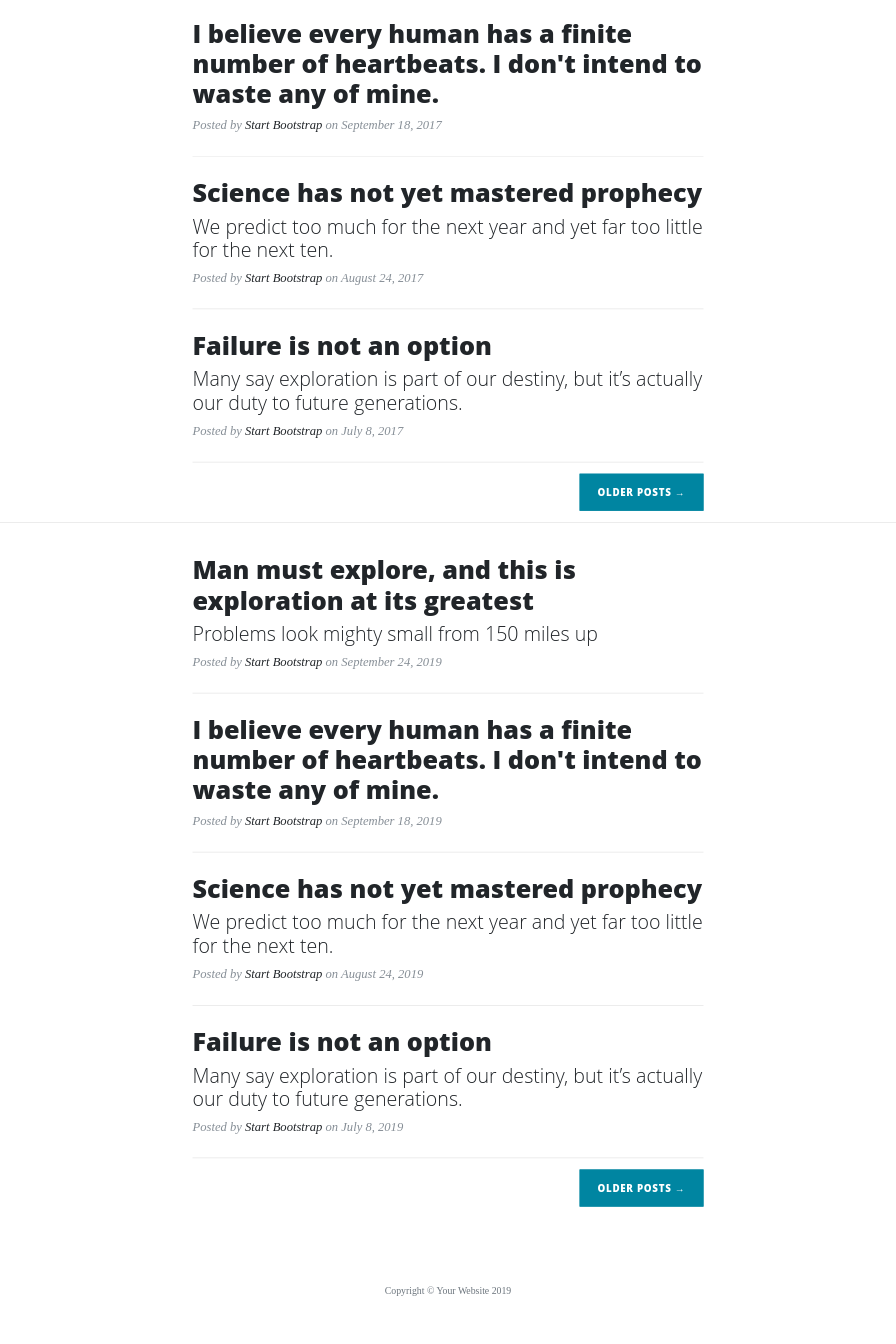
Repository: irinatu17/Flask
Page: http://localhost/
The author's editor kept a record of every edit. The page is drawn from the files as they stood at one moment, then again after the next edit.
The browser window is 1280 px wide. The pictures show the part of the page from y = 814 to 2734 px (the page is 2734 px tall before and 1773 px after), at 70% of full size.
The page is served by the project's application, run on Flask 3 (run.py). Other server files are loaded and not shown.

Above is the page before.

### templates/index.html
{% extends 'base.html' %} {% block content %}

<div class="row">
    <div class="col-lg-8 col-md-10 mx-auto">
        <div class="post-preview">
            <a href="post.html">
                <h2 class="post-title">
                    Man must explore, and this is exploration at its greatest
                </h2>
                <h3 class="post-subtitle">
                    Problems look mighty small from 150 miles up
                </h3>
            </a>
            <p class="post-meta">Posted by
                <a href="#">Start Bootstrap</a> on September 24, 2017</p>
        </div>
        <hr>
        <div class="post-preview">
            <a href="post.html">
                <h2 class="post-title">
                    I believe every human has a finite number of heartbeats. I don't intend to waste any of mine.
                </h2>
            </a>
            <p class="post-meta">Posted by
                <a href="#">Start Bootstrap</a> on September 18, 2017</p>
        </div>
        <hr>
        <div class="post-preview">
            <a href="post.html">
                <h2 class="post-title">
                    Science has not yet mastered prophecy
                </h2>
                <h3 class="post-subtitle">
                    We predict too much for the next year and yet far too little for the next ten.
                </h3>
            </a>
            <p class="post-meta">Posted by
                <a href="#">Start Bootstrap</a> on August 24, 2017</p>
        </div>
        <hr>
        <div class="post-preview">
            <a href="post.html">
                <h2 class="post-title">
                    Failure is not an option
                </h2>
                <h3 class="post-subtitle">
                    Many say exploration is part of our destiny, but it’s actually our duty to future generations.
                </h3>
            </a>
            <p class="post-meta">Posted by
                <a href="#">Start Bootstrap</a> on July 8, 2017</p>
        </div>
        <hr>
        <!-- Pager -->
        <div class="clearfix">
            <a class="btn btn-primary float-right" href="#">Older Posts &rarr;</a>
        </div>
    </div>
</div>
{% endblock %}

### templates/base.html
<!DOCTYPE html>
<html lang="en">

<head>
    <meta charset="UTF-8">
    <meta name="viewport" content="width=device-width, initial-scale=1.0">
    <meta http-equiv="X-UA-Compatible" content="ie=edge">
    <link href="{{ url_for('static', filename='vendor/bootstrap/css/bootstrap.min.css') }}" rel="stylesheet">
    <link rel="stylesheet" href="{{ url_for('static', filename='css/clean-blog.min.css') }}" type="text/css" />

    <title>Hello Flask</title>
</head>

<body>
    <!-- Navigation -->
    <nav class="navbar navbar-expand-lg navbar-light fixed-top" id="mainNav">
        <div class="container">
            <a class="navbar-brand" href="index.html">Start Bootstrap</a>
            <button class="navbar-toggler navbar-toggler-right" type="button" data-toggle="collapse" data-target="#navbarResponsive" aria-controls="navbarResponsive" aria-expanded="false" aria-label="Toggle navigation">
          Menu
          <i class="fa fa-bars"></i>
        </button>
            <div class="collapse navbar-collapse" id="navbarResponsive">
                <ul class="navbar-nav ml-auto">
                    <li class="nav-item">
                        <a class="nav-link" href="{{ url_for('index') }}">Home</a>
                    </li>
                    <li class="nav-item">
                        <a class="nav-link" href="{{ url_for('about') }}">About</a>
                    </li>
                    <li class="nav-item">
                        <a class="nav-link" href="{{ url_for('contact') }}">Contact</a>
                    </li>
                    <li class="nav-item">
                        <a class="nav-link" href="{{ url_for('careers') }}">Careers</a>
                    </li>
                </ul>
            </div>
        </div>
    </nav>

    <!-- Page Header -->
    <header class="masthead" style="background-image: url('{{ url_for('static', filename='img/home-bg.jpg') }}">
        <div class="overlay"></div>
        <div class="container">
            <div class="row">
                <div class="col-lg-8 col-md-10 mx-auto">
                    <div class="site-heading">
                        <h1>Clean Blog</h1>
                        <span class="subheading">A Blog Theme by Start Bootstrap</span>
                    </div>
                </div>
            </div>
        </div>
    </header>

 <!-- Main Content -->
    <div class="container">
        {% block content %} {% endblock %}
    </div>

    <hr>
  <!-- Main Content -->
  <div class="container">
    <div class="row">
      <div class="col-lg-8 col-md-10 mx-auto">
        <div class="post-preview">
          <a href="post.html">
            <h2 class="post-title">
              Man must explore, and this is exploration at its greatest
            </h2>
            <h3 class="post-subtitle">
              Problems look mighty small from 150 miles up
            </h3>
          </a>
          <p class="post-meta">Posted by
            <a href="#">Start Bootstrap</a>
            on September 24, 2019</p>
        </div>
        <hr>
        <div class="post-preview">
          <a href="post.html">
            <h2 class="post-title">
              I believe every human has a finite number of heartbeats. I don't intend to waste any of mine.
            </h2>
          </a>
          <p class="post-meta">Posted by
            <a href="#">Start Bootstrap</a>
            on September 18, 2019</p>
        </div>
        <hr>
        <div class="post-preview">
          <a href="post.html">
            <h2 class="post-title">
              Science has not yet mastered prophecy
            </h2>
            <h3 class="post-subtitle">
              We predict too much for the next year and yet far too little for the next ten.
            </h3>
          </a>
          <p class="post-meta">Posted by
            <a href="#">Start Bootstrap</a>
            on August 24, 2019</p>
        </div>
        <hr>
        <div class="post-preview">
          <a href="post.html">
            <h2 class="post-title">
              Failure is not an option
            </h2>
            <h3 class="post-subtitle">
              Many say exploration is part of our destiny, but it’s actually our duty to future generations.
            </h3>
          </a>
          <p class="post-meta">Posted by
            <a href="#">Start Bootstrap</a>
            on July 8, 2019</p>
        </div>
        <hr>
        <!-- Pager -->
        <div class="clearfix">
          <a class="btn btn-primary float-right" href="#">Older Posts &rarr;</a>
        </div>
      </div>
    </div>
  </div>


  <!-- Footer -->
  <footer>
    <div class="container">
      <div class="row">
        <div class="col-lg-8 col-md-10 mx-auto">
          <ul class="list-inline text-center">
            <li class="list-inline-item">
              <a href="#">
                <span class="fa-stack fa-lg">
                  <i class="fas fa-circle fa-stack-2x"></i>
                  <i class="fab fa-twitter fa-stack-1x fa-inverse"></i>
                </span>
              </a>
            </li>
            <li class="list-inline-item">
              <a href="#">
                <span class="fa-stack fa-lg">
                  <i class="fas fa-circle fa-stack-2x"></i>
                  <i class="fab fa-facebook-f fa-stack-1x fa-inverse"></i>
                </span>
              </a>
            </li>
            <li class="list-inline-item">
              <a href="#">
                <span class="fa-stack fa-lg">
                  <i class="fas fa-circle fa-stack-2x"></i>
                  <i class="fab fa-github fa-stack-1x fa-inverse"></i>
                </span>
              </a>
            </li>
          </ul>
          <p class="copyright text-muted">Copyright &copy; Your Website 2019</p>
        </div>
      </div>
    </div>
  </footer>

 <!-- Bootstrap core JavaScript -->
    <script src="{{ url_for('static', filename='vendor/jquery/jquery.min.js') }}"></script>
    <script src="{{ url_for('static', filename='vendor/bootstrap/js/bootstrap.bundle.min.js') }}"></script>

    <!-- Custom scripts for this template -->
    <script src="{{ url_for('static', filename='js/clean-blog.min.js') }}"></script>

</body>

</html>

### run.py
import os
import json
from flask import Flask, render_template, request, flash

app = Flask(__name__)
app.secret_key = 'some_secret'


@app.route('/')
def index():
    return render_template("index.html")


@app.route('/about')
def about():
    data = []
    with open("data/company.json", "r") as json_data:
        data = json.load(json_data)
    return render_template("about.html", page_title="About", company=data)


@app.route('/about/<member_name>')
def about_member(member_name):
    member = {}

    with open("data/company.json", "r") as json_data:
        data = json.load(json_data)
        for obj in data:
            if obj["url"] == member_name:
                member = obj

    return render_template("member.html", member=member)


@app.route('/contact', methods=["GET", "POST"])
def contact():
    if request.method == "POST":
        flash("Thanks {}, we have received your message".format(
            request.form["name"]
        ))
    return render_template("contact.html", page_title="Contact")


@app.route('/careers')
def careers():
    return render_template("careers.html", page_title="Careers")

if __name__ == '__main__':
    app.run(host=os.environ.get('IP'),
            port=int(os.environ.get('PORT')),
            debug=True)

Loaded but not shown: static/css/clean-blog.min.css (library); static/js/clean-blog.min.js (common file)

After the next edit:
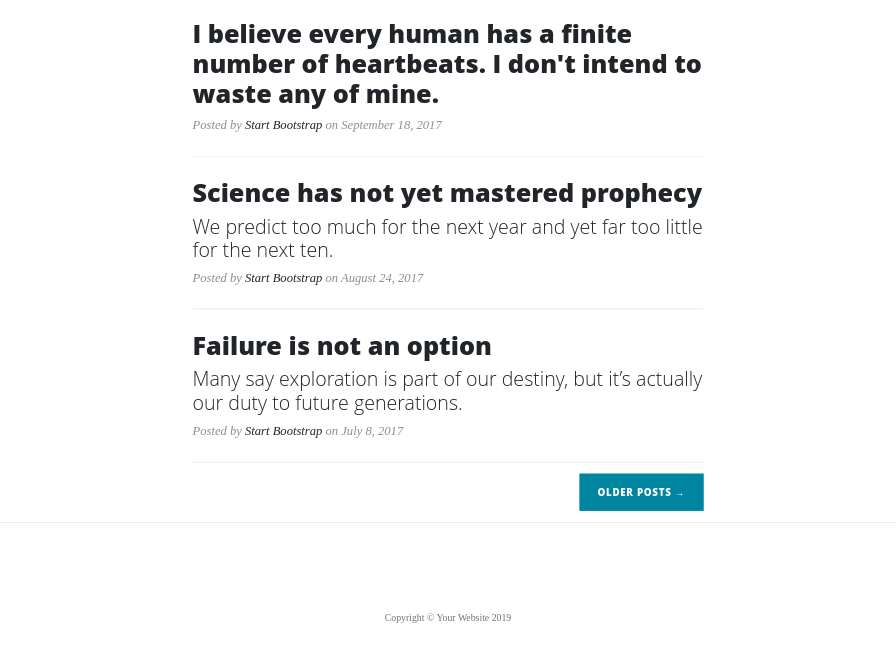
The edit:
--- a/templates/base.html
+++ b/templates/base.html
@@ -54,77 +54,12 @@
         </div>
     </header>
 
- <!-- Main Content -->
-    <div class="container">
-        {% block content %} {% endblock %}
-    </div>
-
-    <hr>
   <!-- Main Content -->
   <div class="container">
-    <div class="row">
-      <div class="col-lg-8 col-md-10 mx-auto">
-        <div class="post-preview">
-          <a href="post.html">
-            <h2 class="post-title">
-              Man must explore, and this is exploration at its greatest
-            </h2>
-            <h3 class="post-subtitle">
-              Problems look mighty small from 150 miles up
-            </h3>
-          </a>
-          <p class="post-meta">Posted by
-            <a href="#">Start Bootstrap</a>
-            on September 24, 2019</p>
-        </div>
-        <hr>
-        <div class="post-preview">
-          <a href="post.html">
-            <h2 class="post-title">
-              I believe every human has a finite number of heartbeats. I don't intend to waste any of mine.
-            </h2>
-          </a>
-          <p class="post-meta">Posted by
-            <a href="#">Start Bootstrap</a>
-            on September 18, 2019</p>
-        </div>
-        <hr>
-        <div class="post-preview">
-          <a href="post.html">
-            <h2 class="post-title">
-              Science has not yet mastered prophecy
-            </h2>
-            <h3 class="post-subtitle">
-              We predict too much for the next year and yet far too little for the next ten.
-            </h3>
-          </a>
-          <p class="post-meta">Posted by
-            <a href="#">Start Bootstrap</a>
-            on August 24, 2019</p>
-        </div>
-        <hr>
-        <div class="post-preview">
-          <a href="post.html">
-            <h2 class="post-title">
-              Failure is not an option
-            </h2>
-            <h3 class="post-subtitle">
-              Many say exploration is part of our destiny, but it’s actually our duty to future generations.
-            </h3>
-          </a>
-          <p class="post-meta">Posted by
-            <a href="#">Start Bootstrap</a>
-            on July 8, 2019</p>
-        </div>
-        <hr>
-        <!-- Pager -->
-        <div class="clearfix">
-          <a class="btn btn-primary float-right" href="#">Older Posts &rarr;</a>
-        </div>
-      </div>
-    </div>
+        {% block content %} {% endblock %}
   </div>
 
+  <hr>
 
   <!-- Footer -->
   <footer>
